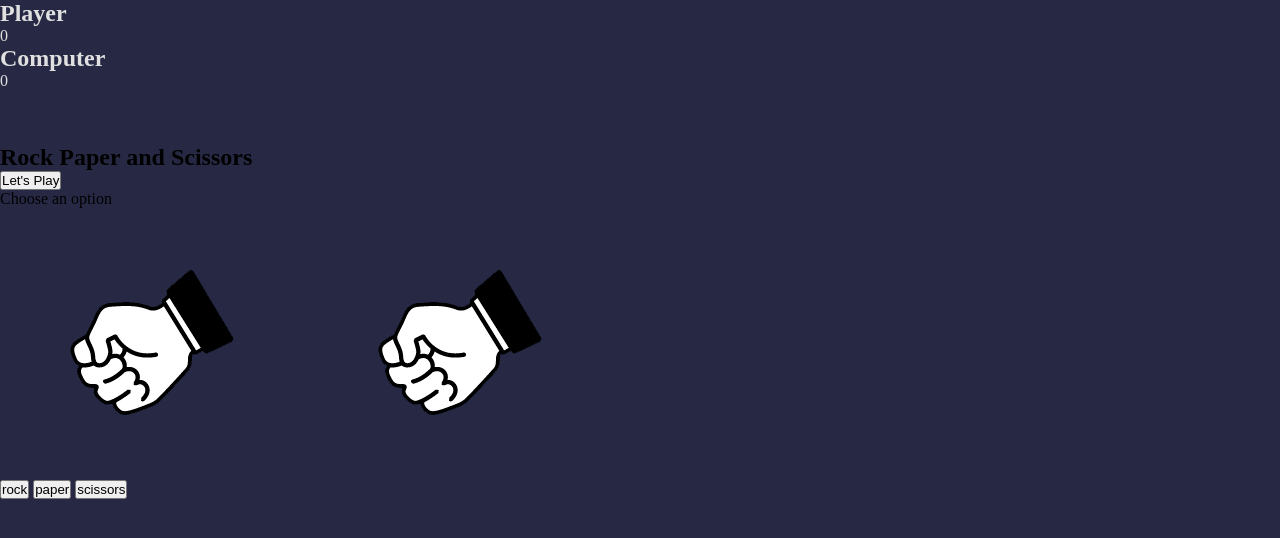
Repository: issaRan/Rock-Paper-Scissors
Page: index.html
An editor plug-in stored every save of this project. The page is shown before and after the next save, followed by the edit.
The browser window is 1280 px wide. The pictures show the whole page.

Above is the page before, as saved 2020-10-23 22:28:51.

### index.html
<!DOCTYPE html>
<html lang="en">
<head>
    <meta charset="UTF-8">
    <meta name="viewport" content="width=device-width, initial-scale=1.0">
    <title>Rock Paper Scissors</title>
    <link rel="stylesheet" href="./style.css">
    <script src="app.js"></script>
</head>
<body>
    <section class="game">
        <div class="score">
            <div class="player-score">
                <h2>Player</h2>
                <p>0</p>
            </div>
            <div class="computer-score">
                <h2>Computer</h2>
                <p>0</p>
            </div>
        </div>
        <div class="intro">
            <h1>Rock Paper and Scissors</h1>
            <button>Let's Play</button>
        </div>
        <div class="match">
            <div class="winner">Choose an option</div>
            <div class="hands">
                <img class="player-hand" src="assets/rock.png" alt="">
                <img class="computer-hand" src="assets/rock.png" alt="">
            </div>
            <div class="option"></div>
                <button class="rock">rock</button>
                <button class="paper">paper</button>
                <button class="scissors">scissors</button>
        </div>
    </section>
</body>
</html>

### style.css
*{
    margin: 0;
    padding: 0;
    box-sizing: border-box;
}

section{
    height: 100vh;
    background-color: rgba(39, 41, 68);
    font-family: 'Times New Roman', Times, serif;
}
.score{
    color: rgba(224, 224, 224);
    height: 20vh;
}

Loaded but not shown: app.js (no copy from this time; the picture is the same without it)

After the next save:
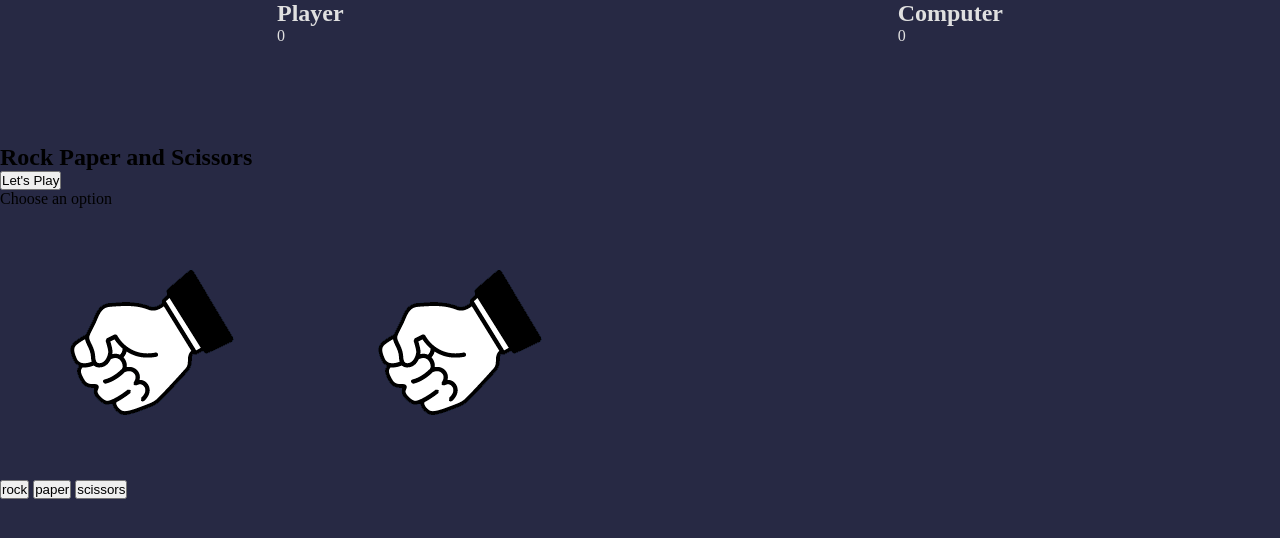
Saved 24 s later.
--- a/style.css
+++ b/style.css
@@ -12,4 +12,6 @@ section{
 .score{
     color: rgba(224, 224, 224);
     height: 20vh;
+    display: flex;
+    justify-content: space-around;
 }
